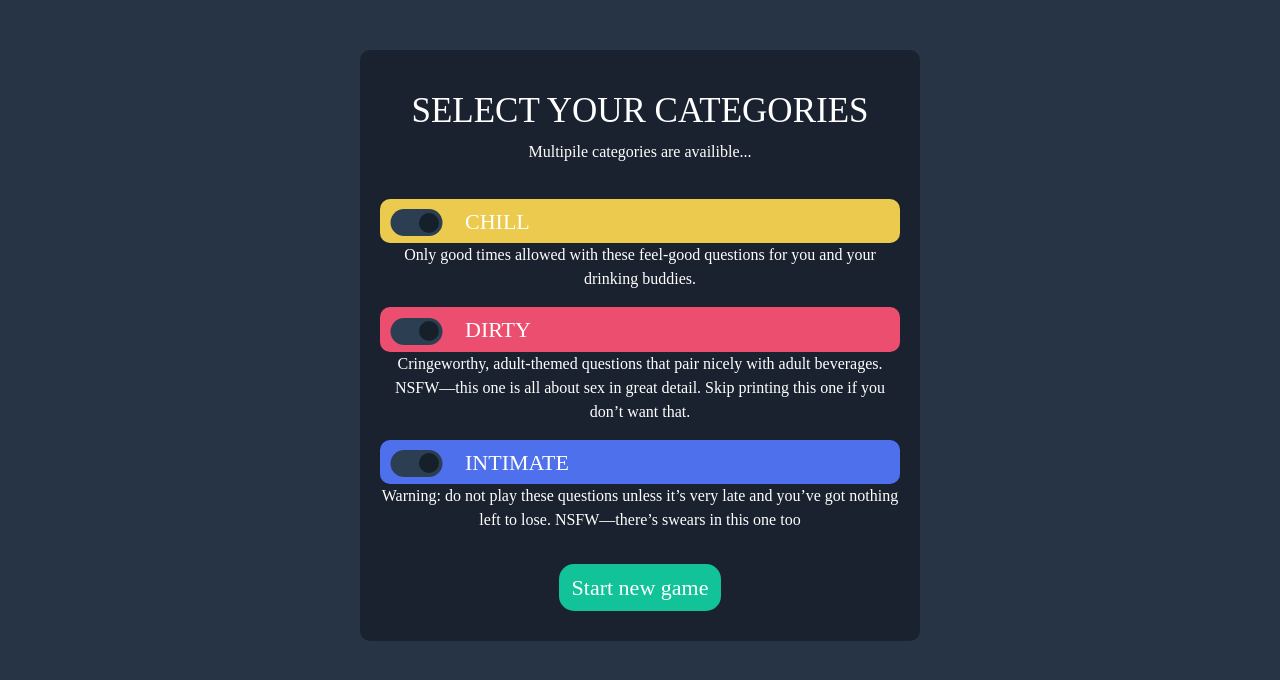
Repository: RafaelAshurov/TruthOrDrink
Page: /chose-your-categories
An editor plug-in stored every save of this project. The page is shown before and after the next save, followed by the edit.
The browser window is 1280 px wide. The pictures show the whole page.
Some web fonts or font styles are not loaded; a fallback is used. The project was rebuilt for these pictures with package versions that can differ from the ones it lists, and the page was loaded fresh each time. Also part of the build but not shown: src/views/StartGame.vue, src/views/QuestionsPage.vue.

Above is the page before, as saved 2020-10-10 21:43:24.

### public/index.html
<!DOCTYPE html>
<html lang="en">
    <head>
        <meta charset="utf-8" />
        <meta http-equiv="X-UA-Compatible" content="IE=edge" />
        <meta name="viewport" content="width=device-width,initial-scale=1.0" />
        <link rel="icon" href="<%= BASE_URL %>favicon.ico" />
        <title>Truth Or Drink</title>
        <link
            href="https://fonts.googleapis.com/css2?family=Chilanka&display=swap"
            rel="stylesheet"
        />
    </head>
    <body>
        <noscript>
            <strong
                >We're sorry but truth_or_drink doesn't work properly without JavaScript enabled.
                Please enable it to continue.</strong
            >
        </noscript>
        <div id="app"></div>
        <!-- built files will be auto injected -->
    </body>
</html>

### src/App.vue
<template>
    <div id="app" class="container-fluid">
        <div class="row justify-content-center text-center">
            <div class="col-12 col-md-8 col-lg-6 site-content">
                <router-view />
            </div>
        </div>
    </div>
</template>

<style lang="scss">
#app {
    .site-content {
        padding: 50px 40px;
    }
}
.alert.alert-danger.open-alert {
    max-height: 100px;
}
.alert.alert-danger.close-alert {
    max-height: 0px;
    overflow: hidden;
    padding: 0;
    border: none;
}
.capital-font {
    text-transform: uppercase;
}
button.btn {
    background-color: #12c298;
    color: #ffffff;
    font-size: 22px;
    font-weight: 400;
    border-radius: 15px;
}
.site-card {
    background-color: #1a222f;
    border-radius: 10px;
    padding: 30px 20px;
    margin: 0 auto;
    max-height: 1000px;
    overflow: hidden;
}
.site-card.site-card-collapse {
    max-height: 0px;
    padding-top: 20px !important;
    padding-bottom: 0 !important;
}
body {
    background-color: #273446;
    color: #ffffff;
    font-family: "Chilanka", cursive;
}
* {
    transition: all 0.4s ease;
}
</style>

### src/router.js
import Vue from "vue";
import Router from "vue-router";
import StartGame from "./views/StartGame.vue";
import CategorySelect from "./views/CategorySelect.vue";
import QuestionsPage from "./views/QuestionsPage.vue";

Vue.use(Router);

export default new Router({
    mode: "history",
    base: process.env.BASE_URL,
    routes: [
        {
            path: "/",
            name: "startGame",
            component: StartGame
        },
        {
            path: "/chose-your-categories",
            name: "categories",
            component: CategorySelect
        },
        {
            path: "/drink-up",
            name: "questionsPage",
            component: QuestionsPage,
            props: true
        }
    ]
});

### src/views/CategorySelect.vue
<template>
    <div class="category-select-page site-card" :class="{ 'site-card-collapse': collapsed }">
        <h1 class="capital-font">Select your categories</h1>
        <p>Multipile categories are availible...</p>
        <div class="categories-wrapper">
            <div class="category-container" v-for="category in categories" :key="category.id">
                <div class="category-btn" :style="{ 'background-color': category.color }">
                    <span
                        ><input
                            type="checkbox"
                            name="checkbox"
                            v-model="selectedCategories"
                            :value="category.name"
                    /></span>
                    <h4>
                        {{ category.name }}
                    </h4>
                </div>
                <p class="category-description">
                    {{ category.description }}
                </p>
            </div>
        </div>
        <div class="start-game-btn-wrapper">
            <div
                class="alert alert-danger"
                :class="noCategoriesAlert ? 'open-alert' : 'close-alert'"
                role="alert"
            >
                You have to chose atleast one category
            </div>
            <button @click="startNewGame()" type="button" class="btn btn-bg">
                Start new game
            </button>
        </div>
    </div>
</template>

<script>
import { QuestionList } from "../helpers/questionsList";

export default {
    data() {
        return {
            categories: [],
            selectedCategories: [],
            noCategoriesAlert: false,
            collapsed: true
        };
    },
    created: function() {
        const categories = this.fillterCategories(QuestionList);
        this.setCategoriesObjects(categories);
    },
    computed: {},
    mounted: function() {
        this.collapsed = false;
    },
    methods: {
        fillterCategories(questionsList) {
            let categoriesArr = [];
            questionsList.forEach(question => {
                if (!categoriesArr.includes(question.category))
                    categoriesArr.push(question.category);
            });
            return categoriesArr;
        },
        setCategoriesObjects(categories) {
            categories.forEach(categoryName => {
                let categoryObj = {};
                switch (categoryName) {
                    case "chill":
                        categoryObj = {
                            id: 1,
                            name: categoryName,
                            color: "#ecca4e",
                            description:
                                "Only good times allowed with these feel-good questions for you and your drinking buddies. "
                        };
                        break;
                    case "dirty":
                        categoryObj = {
                            id: 2,
                            name: categoryName,
                            color: "#ec4e70",
                            description:
                                "Cringeworthy, adult-themed questions that pair nicely with adult beverages. NSFW—this one is all about sex in great detail. Skip printing this one if you don’t want that."
                        };
                        break;
                    case "intimate":
                        categoryObj = {
                            id: 3,
                            name: categoryName,
                            color: "#4e70ec",
                            description:
                                "Warning: do not play these questions unless it’s very late and you’ve got nothing left to lose. NSFW—there’s swears in this one too"
                        };
                        break;
                    default:
                        categoryObj = {
                            id: 4,
                            name: categoryName,
                            color: "#000000",
                            description: ""
                        };
                        break;
                }
                this.categories.push(categoryObj);
            });
        },
        startNewGame() {
            if (this.selectedCategories.length === 0) {
                this.noCategoriesAlert = true;
            } else {
                this.collapsed = true;
                setTimeout(() => {
                    this.$router.push({
                        name: "questionsPage",
                        params: { selectedCategories: JSON.stringify(this.selectedCategories) }
                    });
                }, 400);
            }
        }
    }
};
</script>

<style lang="scss">
.category-select-page {
    h1.capital-font {
        margin-top: 10px;
        font-size: 35px;
    }
    .categories-wrapper {
        display: flex;
        flex-direction: column;
        padding-top: 19px;

        .category-container {
            display: inline-block;
            margin: 0 auto;

            .category-btn {
                border-radius: 10px;
                display: flex;
                align-items: center;
                padding: 10px 0 0 0;
                h4 {
                    display: inline-block;
                    text-transform: uppercase;
                    color: #ffffff;
                    font-size: 22px;
                }
            }
        }
    }
}

.transition,
input[type="radio"]:after,
input[type="checkbox"][type="radio"]:after,
input[type="checkbox"]:after {
    -moz-transition: all 0.25s cubic-bezier(0.75, 0.01, 0.48, 2);
    -o-transition: all 0.25s cubic-bezier(0.75, 0.01, 0.48, 2);
    -webkit-transition: all 0.25s cubic-bezier(0.75, 0.01, 0.48, 2);
    transition: all 0.25s cubic-bezier(0.75, 0.01, 0.48, 2);
}

.bgTransition,
input[type="radio"]:before,
input[type="checkbox"][type="radio"]:before,
input[type="checkbox"]:before {
    -moz-transition: all 0.25s ease-in-out;
    -o-transition: all 0.25s ease-in-out;
    -webkit-transition: all 0.25s ease-in-out;
    transition: all 0.25s ease-in-out;
}

input[type="radio"],
input[type="checkbox"] {
    position: relative;
}
input[type="radio"]:before,
input[type="radio"]:after,
input[type="checkbox"]:before,
input[type="checkbox"]:after {
    content: "";
    position: absolute;
}
input[type="radio"]:before,
input[type="checkbox"]:before {
    height: 100%;
}
input[type="radio"][type="radio"],
input[type="checkbox"][type="radio"] {
    border-radius: 30px;
}
input[type="radio"][type="radio"]:before,
input[type="checkbox"][type="radio"]:before {
    width: 100%;
    border-radius: 30px;
    background-color: #2c3f52;
    box-shadow: 0 0 0 1px #2c3f52;
}
input[type="radio"][type="radio"]:after,
input[type="checkbox"][type="radio"]:after {
    width: 100%;
    height: 100%;
    border-radius: 30px;
    background-color: #15202a;
    -moz-transform: scale(0, 0);
    -ms-transform: scale(0, 0);
    -webkit-transform: scale(0, 0);
    transform: scale(0, 0);
}
input[type="radio"][type="radio"]:checked:after,
input[type="checkbox"][type="radio"]:checked:after {
    -moz-transform: scale(0.75, 0.75);
    -ms-transform: scale(0.75, 0.75);
    -webkit-transform: scale(0.75, 0.75);
    transform: scale(0.75, 0.75);
}
input[type="radio"][type="radio"]:checked:before,
input[type="checkbox"][type="radio"]:checked:before {
    background-color: #85ff7a;
    box-shadow: 0 0 0 1px #85ff7a;
}
input[type="radio"][type="checkbox"]:before,
input[type="checkbox"][type="checkbox"]:before {
    width: 200%;
    background-color: #2c3f52;
    box-shadow: 0 0 0 1px #2c3f52;
    -moz-transform: translate(-25%, 0);
    -ms-transform: translate(-25%, 0);
    -webkit-transform: translate(-25%, 0);
    transform: translate(-25%, 0);
    border-radius: 30px;
}
input[type="radio"][type="checkbox"]:after,
input[type="checkbox"][type="checkbox"]:after {
    width: 80%;
    height: 80%;
    margin-top: 10%;
    margin-left: 10%;
    background-color: #15202a;
    border-radius: 30px;
    -moz-transform: translate(60%, 0);
    -ms-transform: translate(60%, 0);
    -webkit-transform: translate(60%, 0);
    transform: translate(60%, 0);
}
input[type="radio"][type="checkbox"]:checked:after,
input[type="checkbox"][type="checkbox"]:checked:after {
    -moz-transform: translate(-60%, 0);
    -ms-transform: translate(-60%, 0);
    -webkit-transform: translate(-60%, 0);
    transform: translate(-60%, 0);
}
input[type="radio"][type="checkbox"]:checked:before,
input[type="checkbox"][type="checkbox"]:checked:before {
    background-color: #85ff7a;
    box-shadow: 0 0 0 1px #85ff7a;
}

input {
    margin: 36px;
}
input[type="radio"],
input[type="checkbox"] {
    cursor: pointer;
    width: 25px;
    height: 25px;
    margin-top: 0;
    margin-bottom: 0;
    margin-left: 24px;
}

.radio,
.check {
    position: absolute;
    -moz-transform: translate(-50%, -50%);
    -ms-transform: translate(-50%, -50%);
    -webkit-transform: translate(-50%, -50%);
    transform: translate(-50%, -50%);
    top: 50%;
    left: 50%;
}

.radio {
    margin-left: -36px;
}

.check {
    margin-left: 36px;
}
</style>

Loaded but not shown: src/main.js (common file); src/plugins/bootstrap-vue.js (common file); src/helpers/questionsList.js (2107 lines, source omitted)

After the next save:
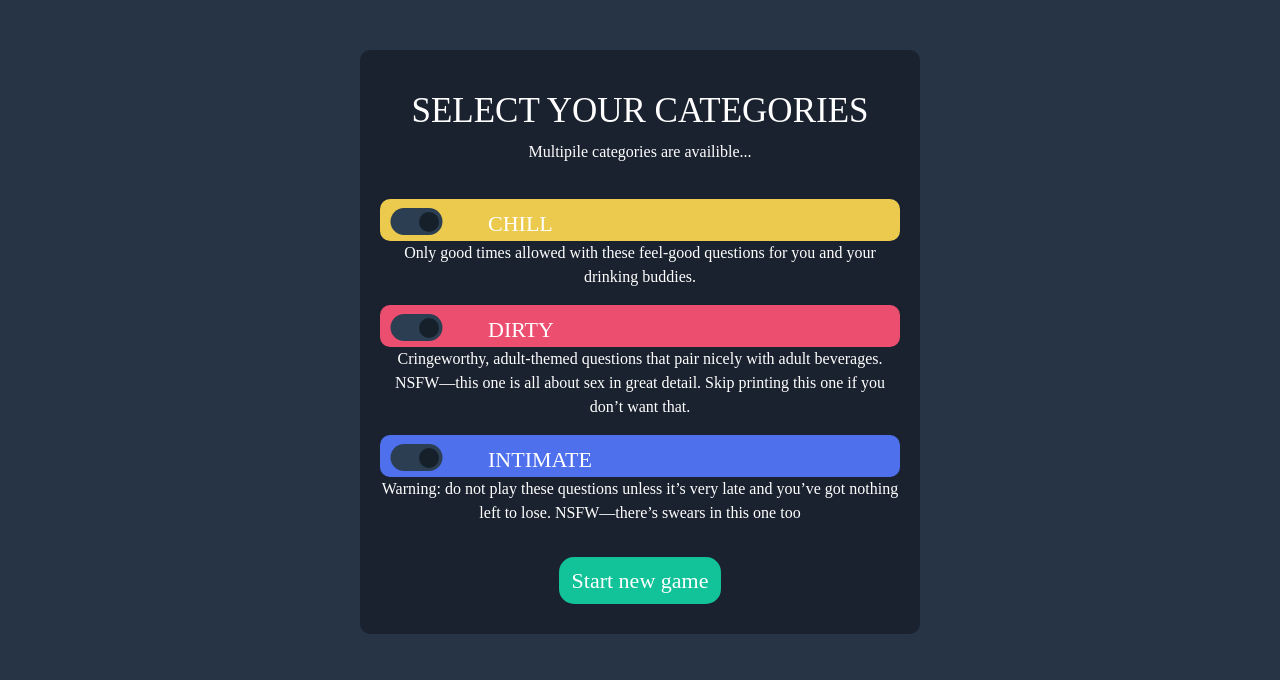
Saved 68 s later.
--- a/src/views/CategorySelect.vue
+++ b/src/views/CategorySelect.vue
@@ -145,11 +145,14 @@
                 display: flex;
                 align-items: center;
                 padding: 10px 0 0 0;
+
                 h4 {
                     display: inline-block;
                     text-transform: uppercase;
                     color: #ffffff;
                     font-size: 22px;
+                    margin-left: 23px;
+                    margin-bottom: 2px;
                 }
             }
         }
